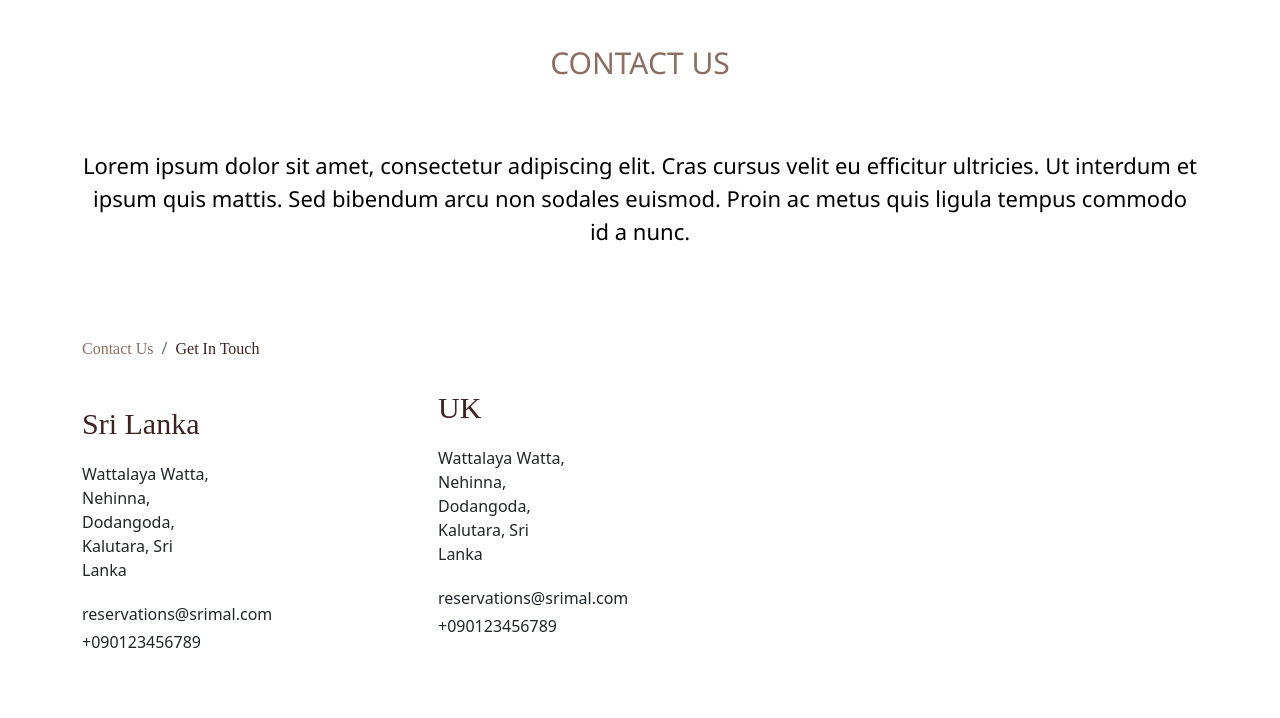
Repository: kaushalyaweerakoon/Plantation-Villa
Page: contact-us.html
The author's editor kept a copy of each file at every save. The page is drawn from the files as they stood at one save, then again after the next save.
The browser window is 1280 px wide. The pictures show the part of the page from y = 0 to 718 px (the page is 1380 px tall before and 1348 px after).
Pictures or frames that could not be fetched are drawn as grey boxes. Some web fonts or font styles are not loaded; a fallback is used.

Above is the page before, as saved 2022-08-15 12:43:09.
Not found: assets/js/main.js

### contact-us.html
<!doctype html>
<html lang="en">

<head>
    <meta charset="utf-8">
    <meta name="viewport" content="width=device-width, initial-scale=1">

    <title>Plantation Villa| News Inner</title>

    <!-- Bootstrap css -->
    <link href="https://cdn.jsdelivr.net/npm/bootstrap@5.2.0-beta1/dist/css/bootstrap.min.css" rel="stylesheet"
        integrity="sha384-0evHe/X+R7YkIZDRvuzKMRqM+OrBnVFBL6DOitfPri4tjfHxaWutUpFmBp4vmVor" crossorigin="anonymous">

    <!-- fonts -->
    <link href="http://fonts.cdnfonts.com/css/segoe-ui-4" rel="stylesheet">
    <link rel="preconnect" href="https://fonts.googleapis.com">
    <link rel="preconnect" href="https://fonts.gstatic.com" crossorigin>

    <!-- swiperJS -->
    <link rel="stylesheet" href="https://unpkg.com/swiper@8/swiper-bundle.min.css" />

    <!-- custom css -->
    <link rel="stylesheet" href="asserts/css/main.css">

</head>


<!-- Section 2-->
<section class="container mt-md-4 mt-3 mb-5 pb-4">
    <p class="title pt-3">CONTACT US</p>

    <div class="text-center" id="">
        <p class="text">
            Lorem ipsum dolor sit amet, consectetur adipiscing elit. Cras cursus velit eu efficitur ultricies. Ut
            interdum et ipsum quis mattis. Sed bibendum arcu non sodales euismod. Proin ac metus quis ligula tempus
            commodo id a nunc.
        </p>
    </div>
</section>


<div class="container pb-4">
    <!-- Breadcrumb -->
    <nav aria-label="" class="mt-5 mb-4 ">
        <ol class="breadcrumb">
            <li class="breadcrumb-item"><a href="" class="breadcrumb-text fs-13-px text-font-family">Contact
                    Us </a>
            <li class="breadcrumb-item"><a href="" aria-current="page"
                    class="breadcrumb-text active fs-13-px text-font-family">Get In Touch</a>
            </li>
        </ol>
    </nav>

    <!--/ Breadcrumb -->

    <div class="row gy-3 gx-4">
        <div class=" col-4 gx-4 gy-3 justify-content-between pe-5 row">

            <div class="col col-xl-6">
                <p class="country-text">Sri Lanka</p>
                <p class="">Wattalaya Watta,<br>
                    Nehinna, Dodangoda,<br>
                    Kalutara, Sri Lanka</p>
                <ul class="list-unstyled">
                    <li><a class="mb-3 lh-lg text-dark text-decoration-none"
                            href="reservations@srimal.com">reservations@srimal.com</a>
                    </li>
                    <li><a class="text-dark text-decoration-none" href="tel:++090123456789">+090123456789</a></li>
                </ul>
            </div>
        </div>

        <div class="col-md-4 col-xl-2 pe-xl-5">
            <div class="country-textcol col-xl-12 pb-5">
                <p class="country-text">UK</p>
                <p class="">Wattalaya Watta,<br>
                    Nehinna, Dodangoda,<br>
                    Kalutara, Sri Lanka</p>
                <ul class="list-unstyled">
                    <li><a class="mb-3 lh-lg text-dark text-decoration-none"
                            href="reservations@srimal.com">reservations@srimal.com</a>
                    </li>
                    <li><a class="text-dark text-decoration-none" href="tel:++090123456789">+090123456789</a></li>
                </ul>
            </div>

        </div>
    </div>
</div>




<!-- section-->
<section class="container mt-md-4 mt-3 mb-5 pb-4">

    <div class="ratio" style="--bs-aspect-ratio: 50%;">
        <iframe
            src="https://www.google.com/maps/embed?pb=!1m14!1m8!1m3!1d52824.16461165647!2d80.37247646048803!3d7.61515466786648!3m2!1i1024!2i768!4f13.1!3m3!1m2!1s0x3ae333391ecc0a0d%3A0x8a95434c984a12bf!2sARALIYA%20HOTEL!5e0!3m2!1sen!2slk!4v1660547131912!5m2!1sen!2slk"
            width="600" height="450" style="border:0;" allowfullscreen="" loading="lazy"
            referrerpolicy="no-referrer-when-downgrade"></iframe>
    </div>

    <div class="m-auto" style="max-width:723px;">
    </div>
</section>




<!-- bootstrap -->
<script src="https://cdn.jsdelivr.net/npm/bootstrap@5.2.0-beta1/dist/js/bootstrap.bundle.min.js"
    integrity="sha384-pprn3073KE6tl6bjs2QrFaJGz5/SUsLqktiwsUTF55Jfv3qYSDhgCecCxMW52nD2"
    crossorigin="anonymous"></script>

<!-- swiperJS -->
<script src="https://unpkg.com/swiper@8/swiper-bundle.min.js"></script>

<!-- custom script -->
<script src="assets/js/main.js"></script>


</body>

</html>

### asserts/css/main.css
/* Call the root */
:root {
  --Lora-font: 'Lora';
  --Segoe-font: 'Segoe UI';

  --font-size-14px: 18px;
  --font-size-20px: 20px;
  --font-size-22px: 22px;
  --font-size-25px: 25px;
  --font-size-30px: 30px;
  --font-size-35px: 35px;
  --font-size-40px: 40px;

  --font-color-8d6e63: #8d6e63;
  --font-color-3e2222: #3e2222;
  --bggreen: #7d824a;
  --co-white: #ffffff;
}

/* Create clases for fronts */
.Lora-ff {
  font-family: var(--Lora-font);
}

.Segoe-ff {
  font-family: var(--Segoe-font);
}

/* Create clases for front sizes*/
.fs-18-px {
  font-size: var(--font-size-18px)
}

.fs-20-px {
  font-size: var(--font-size-20px)
}

.fs-22-px {
  font-size: var(--font-size-22px)
}

.fs-25-px {
  font-size: var(--font-size-22px)
}

.fs-30-px {
  font-size: var(--font-size-30px)
}

.fs-35-px {
  font-size: var(--font-size-35px)
}

.fs-40-px {
  font-size: var(--font-size-40px)
}

/* Color */
.txt-purple {
  color: var(--font-color-8d6e63)
}

.txt-red {
  color: var(--font-color-3e2222)
}

/* news inner */

/* Breadcrumb */
.breadcrumb-text {
  font-family: var(--Lora-font);
  text-decoration: none;
  color: var(--font-color-8d6e63);
  font-weight: normal;
}

.breadcrumb-text.active {
  color: var(--font-color-3e2222);
  text-decoration: none;
  font-weight: normal;
}

.breadcrumb-text:hover {
  font-family: var(--Lora-font);
  font-size: var(--font-size-35px);
  color: var(--font-color-8d6e63);
  text-decoration: none;
}

/* -- */

.newsinner-date {
  color: var(--font-color-8d6e63);
  font-family: var(--Segoe-font);
  font-size: var(--font-size-20px);
}

.newsinner-head {
  color: var(--font-color-3e2222);
  font-family: var(--Lora-font);
  font-size: 45px;
  font-weight: normal;
}

.newsinner-text{
  font-size: var(--font-size-22px);
  font-family: var(--Segoe-font);
}

/* Heading */

.title {
  font-size: var(--font-size-30px);
  font-family: var(--Segoe-font);
  color: var(--font-color-8d6e63);
  text-align: center;
  margin-bottom: clamp(40px, 5vw, 71px);
}
.text{
  font-size: var(--font-size-22px);
  font-family: var(--Segoe-font);
  color: #000;
}

/* contact us */
.country-text {
  font-family: var(--Lora-font)!important;
  color: var(--font-color-3e2222);
  font-weight: normal;
  font-size: var(--font-size-30px);
}

After the next save:
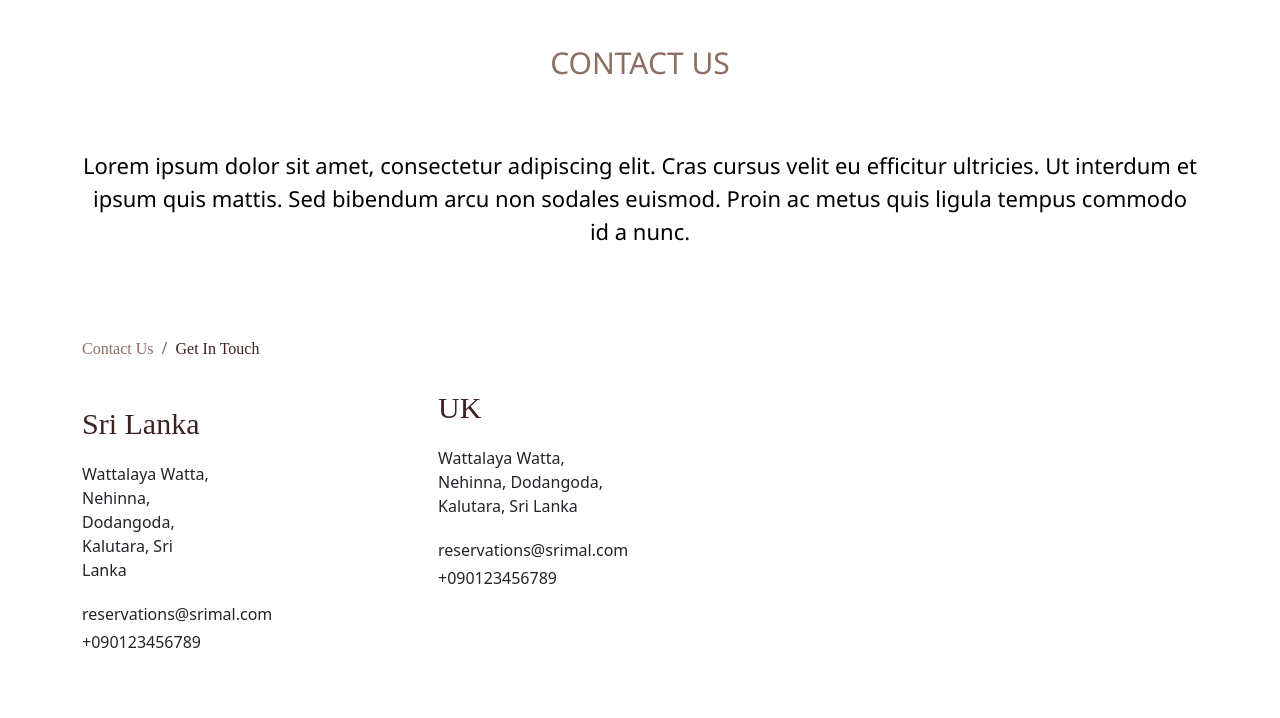
Saved 13 s later.
--- a/contact-us.html
+++ b/contact-us.html
@@ -70,7 +70,7 @@
             </div>
         </div>
 
-        <div class="col-md-4 col-xl-2 pe-xl-5">
+        <div class="col-md-4 col-xl-2 ">
             <div class="country-textcol col-xl-12 pb-5">
                 <p class="country-text">UK</p>
                 <p class="">Wattalaya Watta,<br>

After the 2 saves that followed:
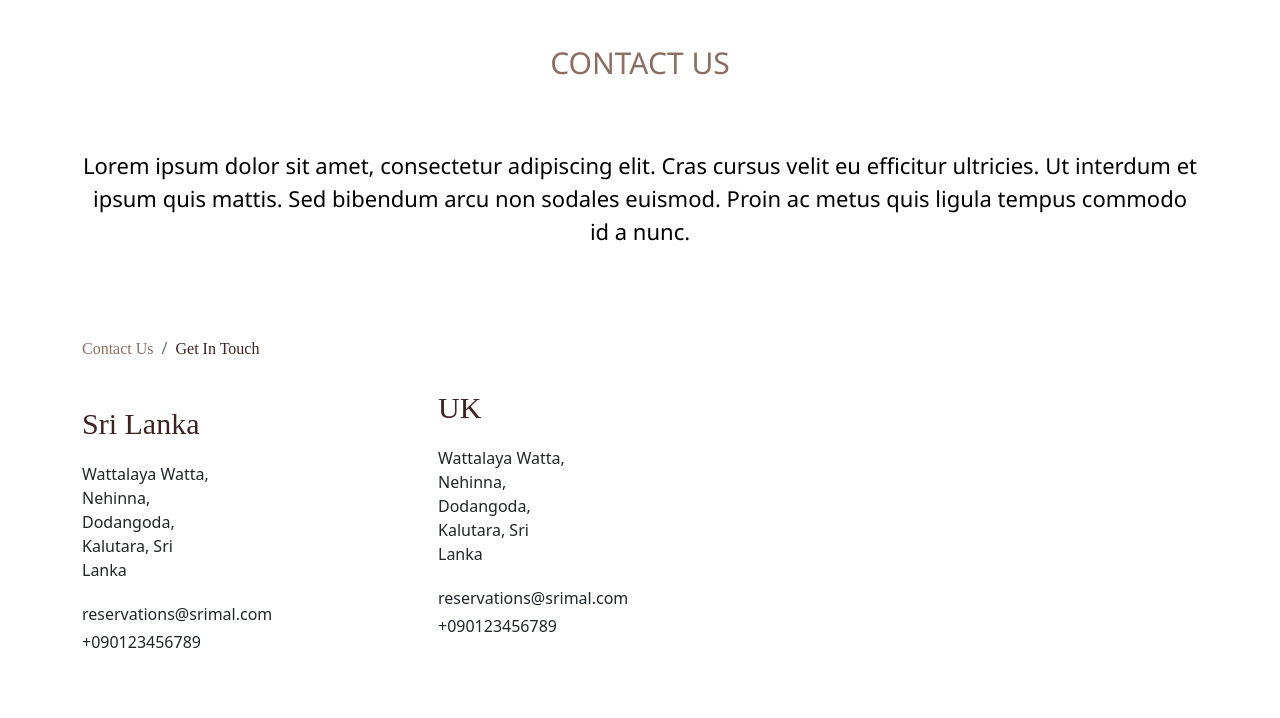
The 2 saves are shown as one change because they came seconds apart.
The last was saved 10 s later.
--- a/contact-us.html
+++ b/contact-us.html
@@ -70,7 +70,7 @@
             </div>
         </div>
 
-        <div class="col-md-4 col-xl-2 ">
+        <div class="col-md-4 col-xl-2 pe-xl-5">
             <div class="country-textcol col-xl-12 pb-5">
                 <p class="country-text">UK</p>
                 <p class="">Wattalaya Watta,<br>
